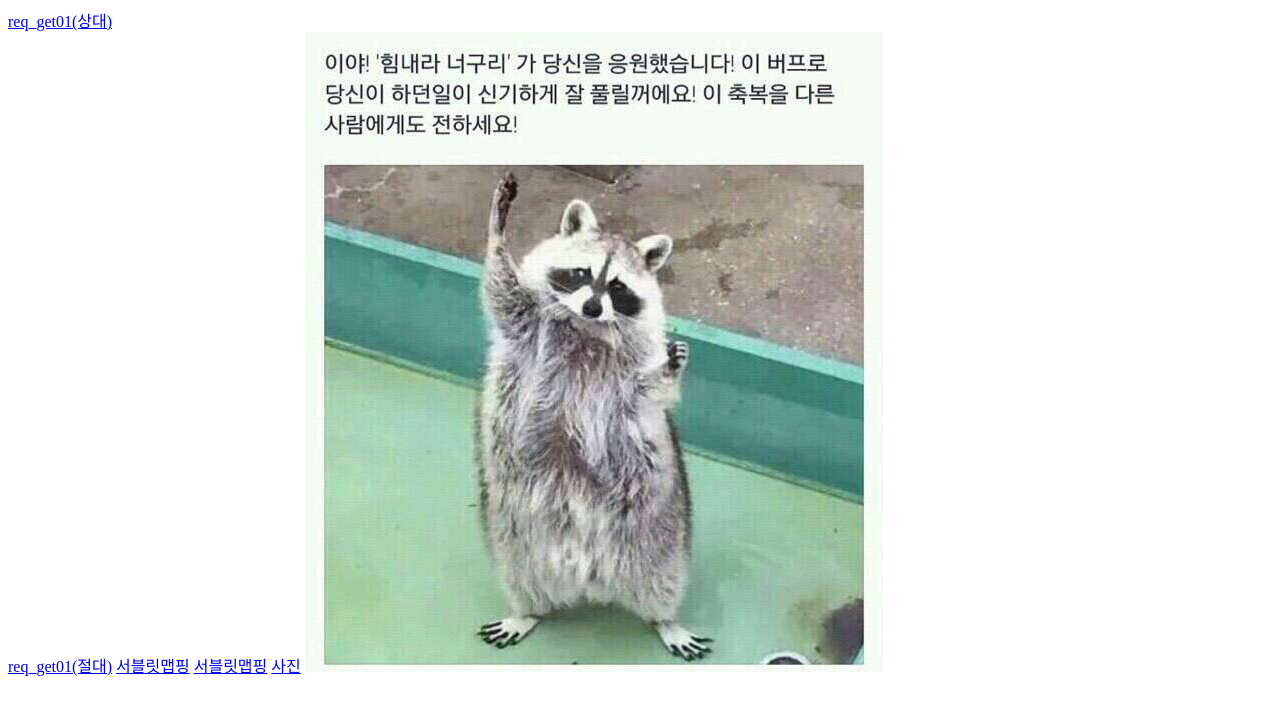
Repository: sun2898/JSP
Page: http://localhost/JSPBasic/path/test/path_quiz.jsp
An editor plug-in stored every save of this project. The page is shown before and after the next save, followed by the edit.
The browser window is 1280 px wide. The pictures show the whole page.
The page is served by Tomcat 9. Other server files are loaded and not shown.

Above is the page before, as saved 2023-06-02 08:27:05.

### JSPBasic/src/main/webapp/path/test/path_quiz.jsp
<%@ page language="java" contentType="text/html; charset=UTF-8"
    pageEncoding="UTF-8"%>
<!DOCTYPE html>
<html>
<head>
<meta charset="UTF-8">
<title>Insert title here</title>
</head>
<body>
	<!-- a태그를 사용해서 req_get01페이지로 상대경로 -->
	<a href="../../request/req_get01.jsp">req_get01(상대)</a>
	<br/>

	<!-- a태그를 사용해서 req_get01페이지로 절대경로(맵핑 경로를 확인) -->
	<a href="/JSPBasic/request/req_get01.jsp">req_get01(절대)</a>

	<!-- a태그를 사용해서 DemoServlet으로 상대경로 -->
	<a href="../../banana">서블릿맵핑</a>
	<!-- a태그를 사용해서 DemoServlet으로 절대경로 -->
	<a href="/JSPBasic/banana">서블릿맵핑</a>
	<!-- jsptag폴더 밑에 있는 이미지를 띄운다. (img태그로) -->
	<a href="../../jsptag/364.jpg">사진</a>
	<img src="../../jsptag/364.jpg">

</body>
</html>

After the next save:
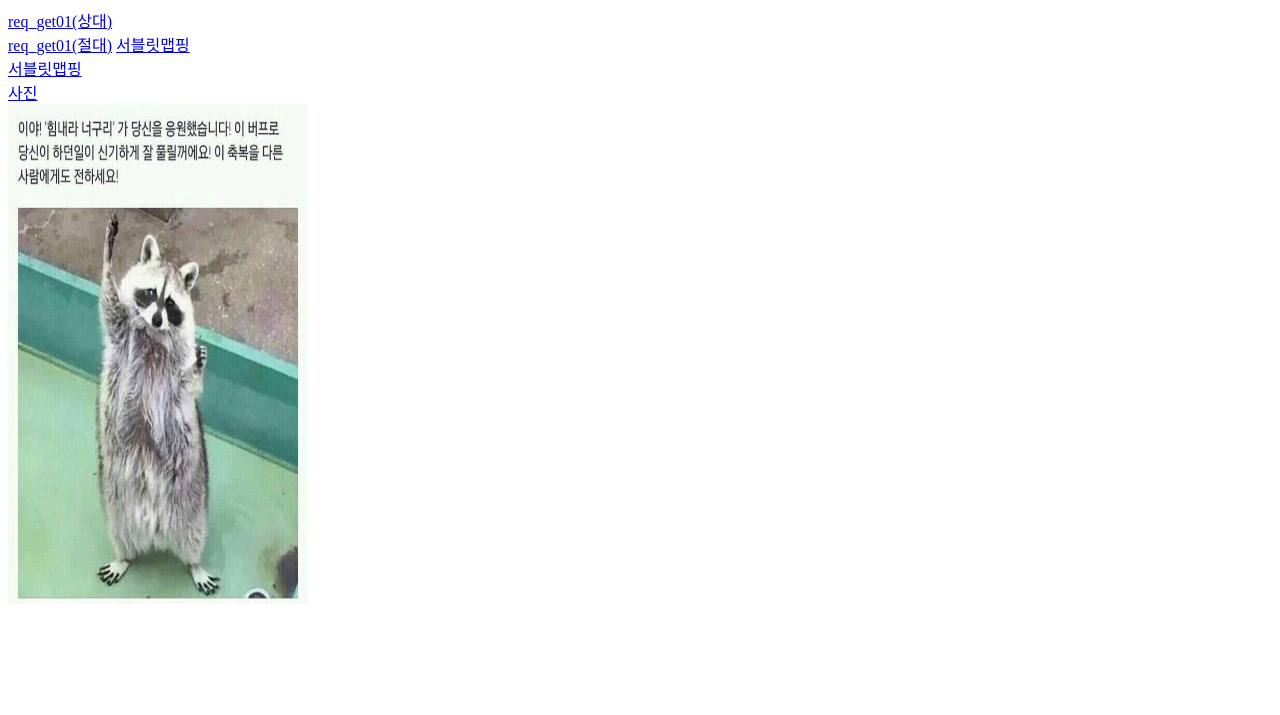
Saved 64 s later.
--- a/JSPBasic/src/main/webapp/path/test/path_quiz.jsp
+++ b/JSPBasic/src/main/webapp/path/test/path_quiz.jsp
@@ -15,12 +15,12 @@
 	<a href="/JSPBasic/request/req_get01.jsp">req_get01(절대)</a>
 
 	<!-- a태그를 사용해서 DemoServlet으로 상대경로 -->
-	<a href="../../banana">서블릿맵핑</a>
+	<a href="../../banana">서블릿맵핑</a><br/>
 	<!-- a태그를 사용해서 DemoServlet으로 절대경로 -->
-	<a href="/JSPBasic/banana">서블릿맵핑</a>
+	<a href="/JSPBasic/banana">서블릿맵핑</a><br/>
 	<!-- jsptag폴더 밑에 있는 이미지를 띄운다. (img태그로) -->
-	<a href="../../jsptag/364.jpg">사진</a>
-	<img src="../../jsptag/364.jpg">
+	<a href="../../jsptag/364.jpg">사진</a><br/>
+	<img src="../../jsptag/364.jpg" width="300" height="500">
 
 </body>
 </html>
